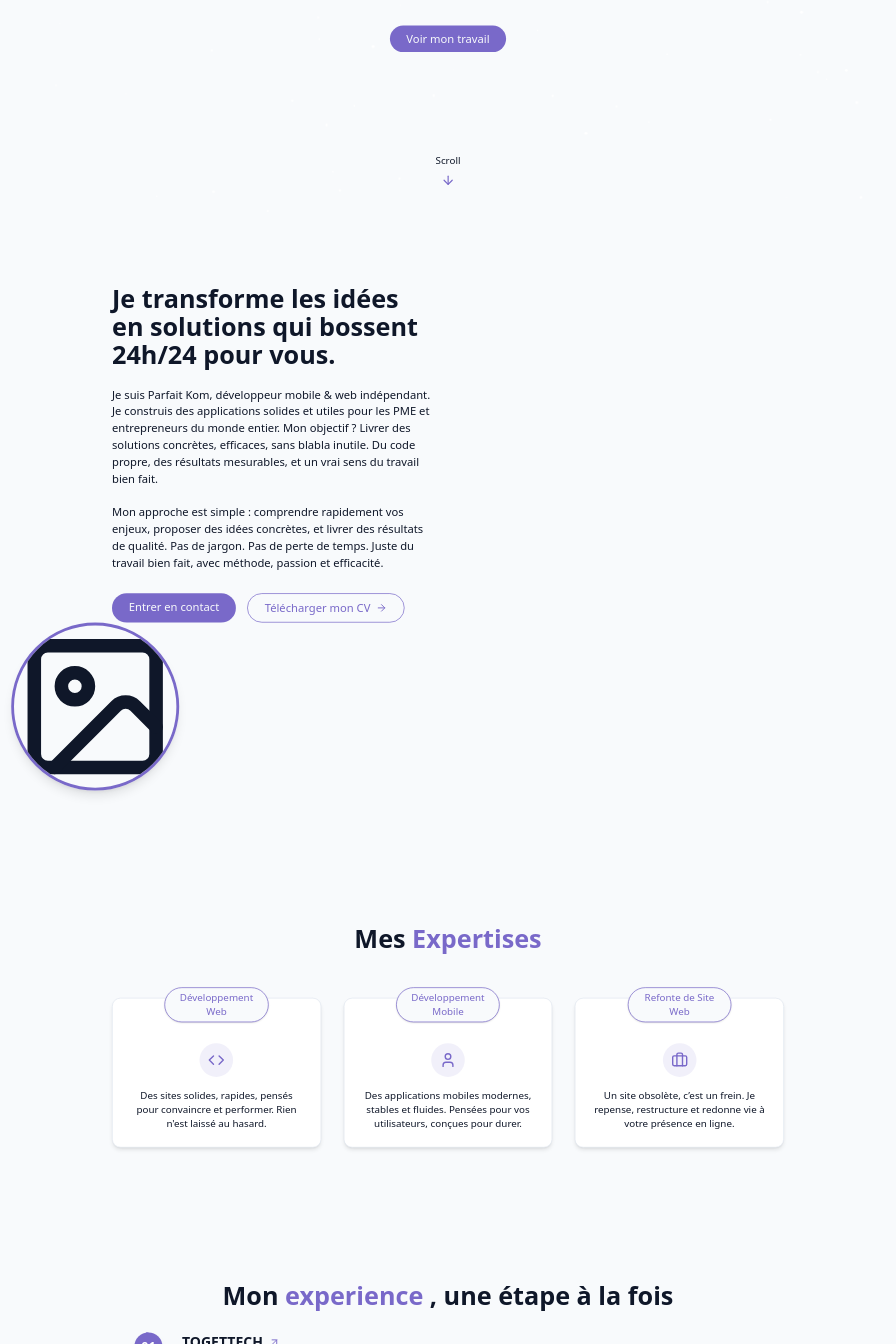
Repository: KOMI18/komi-folio
Page: /
These files come from the project's save history. The page is drawn as it stood at one moment and after the next save; the edit follows.
The browser window is 1280 px wide. The pictures show the part of the page from y = 409 to 2329 px (the page is 6235 px tall before and 5995 px after), at 70% of full size.
The project was rebuilt for these pictures with package versions that can differ from the ones it lists, and the page was loaded fresh each time. Also part of the build but not shown: vite.config.js, src/pages/NotFound.jsx.

Above is the page before, as saved 2025-06-27 20:03:20.

### index.html
<!doctype html>
<html lang="en">
  <head>
    <meta charset="UTF-8" />
    <link rel="icon" type="image/svg+xml" href="" />
    <meta name="viewport" content="width=device-width, initial-scale=1.0" />
    <title>Parfait Kom</title>
  </head>
  <body>
    <div id="root"></div>
    <script type="module" src="/src/main.jsx"></script>
  </body>
</html>

### src/pages/Home.jsx
import { Navbar } from "../components/Navbar";
import { ThemeToggle } from "../components/ThemeToggle";
import { StarBackground } from "@/components/StarBackground";
import { HeroSection } from "../components/HeroSection";
import { AboutSection } from "../components/AboutSection";
import { SkillsSection } from "../components/SkillsSection";
import { ProjectsSection } from "../components/ProjectsSection";
import { ContactSection } from "../components/ContactSection";
import { Footer } from "../components/Footer";
import {ExperienceSection} from "../components/ExperianceSection"
import { ExpertiseSection } from "../components/ExpertiseSection";
export const Home = () => {
  return (
    <div className="min-h-screen bg-background text-foreground overflow-x-hidden">
      {/* Theme Toggle */}
      <ThemeToggle />
      {/* Background Effects */}
      <StarBackground />

      {/* Navbar */}
      <Navbar />
      {/* Main Content */}
      <main>
        <HeroSection />
        <AboutSection />
        <ExpertiseSection/>
        <ExperienceSection/>
        <SkillsSection />
        <ProjectsSection />
        <ContactSection />
      </main>

      {/* Footer */}
      <Footer />
    </div>
  );
};

### src/components/ui/toaster.jsx
import { useToast } from "@/hooks/use-toast";
import {
  Toast,
  ToastClose,
  ToastDescription,
  ToastProvider,
  ToastTitle,
  ToastViewport,
} from "@/components/ui/toast";

export function Toaster() {
  const { toasts } = useToast();

  return (
    <ToastProvider>
      {toasts.map(function ({ id, title, description, action, ...props }) {
        return (
          <Toast key={id} {...props}>
            <div className="grid gap-1">
              {title && <ToastTitle>{title}</ToastTitle>}
              {description && (
                <ToastDescription>{description}</ToastDescription>
              )}
            </div>
            {action}
            <ToastClose />
          </Toast>
        );
      })}
      <ToastViewport />
    </ToastProvider>
  );
}

### src/components/Navbar.jsx
import { cn } from "@/lib/utils";
import { Menu, X } from "lucide-react";
import { useEffect, useState } from "react";

const navItems = [
  { name: "Home", href: "#hero" },
  { name: "A Propos", href: "#about" },
  { name: "Experience", href: "#experience" },
  { name: "Competences", href: "#skills" },
  { name: "Projets", href: "#projects" },
  { name: "Contact", href: "#contact" },


];

export const Navbar = () => {
  const [isScrolled, setIsScrolled] = useState(false);
  const [isMenuOpen, setIsMenuOpen] = useState(false);

  useEffect(() => {
    const handleScroll = () => {
      setIsScrolled(window.screenY > 10);
    };

    window.addEventListener("scroll", handleScroll);
    return () => window.removeEventListener("scroll", handleScroll);
  }, []);
  return (
    <nav
      className={cn(
        "fixed w-full z-40 transition-all duration-300",
        isScrolled ? "py-3 bg-background/80 backdrop-blur-md shadow-xs" : "py-5"
      )}
    >
      <div className="container flex items-center justify-between">
        <a
          className="text-xl font-bold text-primary flex items-center"
          href="#hero"
        >
          <span className="relative z-10">
            <span className="text-glow text-foreground"> Parfait  </span>{" "}
            Kom
          </span>
        </a>

        {/* desktop nav */}
        <div className="hidden md:flex space-x-8">
          {navItems.map((item, key) => (
            <a
              key={key}
              href={item.href}
              className="text-foreground/80 hover:text-primary transition-colors duration-300"
            >
              {item.name}
            </a>
          ))}
        </div>

        {/* mobile nav */}

        <button
          onClick={() => setIsMenuOpen((prev) => !prev)}
          className="md:hidden p-2 text-foreground z-50"
          aria-label={isMenuOpen ? "Close Menu" : "Open Menu"}
        >
          {isMenuOpen ? <X size={24} /> : <Menu size={24} />}{" "}
        </button>

        <div
          className={cn(
            "fixed inset-0 bg-background/95 backdroup-blur-md z-40 flex flex-col items-center justify-center",
            "transition-all duration-300 md:hidden",
            isMenuOpen
              ? "opacity-100 pointer-events-auto"
              : "opacity-0 pointer-events-none"
          )}
        >
          <div className="flex flex-col space-y-8 text-xl">
            {navItems.map((item, key) => (
              <a
                key={key}
                href={item.href}
                className="text-foreground/80 hover:text-primary transition-colors duration-300"
                onClick={() => setIsMenuOpen(false)}
              >
                {item.name}
              </a>
            ))}
          </div>
        </div>
      </div>
    </nav>
  );
};

### src/components/ThemeToggle.jsx
import { Moon, Sun } from "lucide-react";
import { useEffect, useState } from "react";
import { cn } from "@/lib/utils";

export const ThemeToggle = () => {
  const [isDarkMode, setIsDarkMode] = useState(false);

  useEffect(() => {
    const storedTheme = localStorage.getItem("theme");
    if (storedTheme === "dark") {
      setIsDarkMode(true);
      document.documentElement.classList.add("dark");
    } else {
      localStorage.setItem("theme", "light");
      setIsDarkMode(false);
    }
  }, []);

  const toggleTheme = () => {
    if (isDarkMode) {
      document.documentElement.classList.remove("dark");
      localStorage.setItem("theme", "light");
      setIsDarkMode(false);
    } else {
      document.documentElement.classList.add("dark");
      localStorage.setItem("theme", "dark");
      setIsDarkMode(true);
    }
  };

  return (
    <button
      onClick={toggleTheme}
      className={cn(
        "fixed max-sm:hidden top-5 right-5 z-50 p-2 rounded-full transition-colors duration-300",
        "focus:outlin-hidden"
      )}
    >
      {isDarkMode ? (
        <Sun className="h-6 w-6 text-yellow-300" />
      ) : (
        <Moon className="h-6 w-6 text-blue-900" />
      )}
    </button>
  );
};

### src/components/StarBackground.jsx
import { useEffect, useState } from "react";

// id, size, x, y, opacity, animationDuration
// id, size, x, y, delay, animationDuration

export const StarBackground = () => {
  const [stars, setStars] = useState([]);
  const [meteors, setMeteors] = useState([]);

  useEffect(() => {
    generateStars();
    generateMeteors();

    const handleResize = () => {
      generateStars();
    };

    window.addEventListener("resize", handleResize);

    return () => window.removeEventListener("resize", handleResize);
  }, []);

  const generateStars = () => {
    const numberOfStars = Math.floor(
      (window.innerWidth * window.innerHeight) / 10000
    );

    const newStars = [];

    for (let i = 0; i < numberOfStars; i++) {
      newStars.push({
        id: i,
        size: Math.random() * 3 + 1,
        x: Math.random() * 100,
        y: Math.random() * 100,
        opacity: Math.random() * 0.5 + 0.5,
        animationDuration: Math.random() * 4 + 2,
      });
    }

    setStars(newStars);
  };

  const generateMeteors = () => {
    const numberOfMeteors = 4;
    const newMeteors = [];

    for (let i = 0; i < numberOfMeteors; i++) {
      newMeteors.push({
        id: i,
        size: Math.random() * 2 + 1,
        x: Math.random() * 100,
        y: Math.random() * 20,
        delay: Math.random() * 15,
        animationDuration: Math.random() * 3 + 3,
      });
    }

    setMeteors(newMeteors);
  };

  return (
    <div className="fixed inset-0 overflow-hidden pointer-events-none z-0">
      {stars.map((star) => (
        <div
          key={star.id}
          className="star animate-pulse-subtle"
          style={{
            width: star.size + "px",
            height: star.size + "px",
            left: star.x + "%",
            top: star.y + "%",
            opacity: star.opacity,
            animationDuration: star.animationDuration + "s",
          }}
        />
      ))}

      {meteors.map((meteor) => (
        <div
          key={meteor.id}
          className="meteor animate-meteor"
          style={{
            width: meteor.size * 50 + "px",
            height: meteor.size * 2 + "px",
            left: meteor.x + "%",
            top: meteor.y + "%",
            animationDelay: meteor.delay,
            animationDuration: meteor.animationDuration + "s",
          }}
        />
      ))}
    </div>
  );
};

### src/components/HeroSection.jsx
import { ArrowDown } from "lucide-react";

export const HeroSection = () => {
  return (
    <section
      id="hero"
      className="relative min-h-screen flex flex-col items-center justify-center px-4"
    >
      <div className="container max-w-4xl mx-auto text-center z-10">
        <div className="space-y-6">
          <h1 className="text-4xl md:text-6xl font-bold tracking-tight">
            <span className="opacity-0 animate-fade-in">Salut, je suis</span>
            <span className="text-primary opacity-0 animate-fade-in-delay-1">
              {" "}
              Parfait
            </span>
            <span className="text-gradient ml-2 opacity-0 animate-fade-in-delay-2">
              {" "}
              Kom
            </span>
          </h1>

          <p className="text-lg md:text-xl text-muted-foreground max-2-2xl mx-auto opacity-0 animate-fade-in-delay-3">
          Je transforme vos idées en applications  puissantes, prêtes à faire décoller votre business.
          PME, startups ou entrepreneurs : si vous cherchez quelqu’un qui livre vite et bien, vous êtes au bon endroit
          </p>

          <div className="pt-4 opacity-0 animate-fade-in-delay-4">
            <a href="#projects" className="cosmic-button">
             Voir mon travail
            </a>
          </div>
        </div>
      </div>

      <div className="absolute bottom-8 left-1/2 transform -translate-x-1/2 flex flex-col items-center animate-bounce">
        <span className="text-sm text-muted-foreground mb-2"> Scroll </span>
        <ArrowDown className="h-5 w-5 text-primary" />
      </div>
    </section>
  );
};

### src/components/AboutSection.jsx

import { ArrowRight , Image} from "lucide-react";

export const AboutSection = () => {
  return (
    <section id="about" className="py-24 px-4 bg-background">
      <div className="container mx-auto max-w-5xl grid grid-cols-1 md:grid-cols-2 gap-12 items-center">
        {/* Content */}
        <div className="space-y-6">
          <h2 className="text-3xl md:text-4xl font-bold text-center md:text-left">
            Je transforme les idées en solutions qui bossent 24h/24 pour vous.
          </h2>

          <p className="text-muted-foreground text-center md:text-left">
            Je suis Parfait Kom, développeur mobile & web indépendant. Je construis des applications solides et utiles pour les PME et entrepreneurs du monde entier. Mon objectif ? Livrer des solutions concrètes, efficaces, sans blabla inutile. Du code propre, des résultats mesurables, et un vrai sens du travail bien fait.
          </p>

          <p className="text-muted-foreground text-center md:text-left">
            Mon approche est simple : comprendre rapidement vos enjeux, proposer des idées concrètes, et livrer des résultats de qualité. Pas de jargon. Pas de perte de temps. Juste du travail bien fait, avec méthode, passion et efficacité.
          </p>

          <div className="flex flex-col sm:flex-row gap-4 pt-2">
            <a href="#contact" className="cosmic-button">
              Entrer en contact
            </a>

            <a
              href="/docs/Parfait_Kom_CV.pdf"
              download
              className="px-6 py-2 rounded-full border border-primary text-primary hover:bg-primary/10 transition-colors duration-300 flex items-center gap-2"
            >
              Télécharger mon CV <ArrowRight className="w-4 h-4" />
            </a>
          </div>
        </div>
      </div>
       {/* Image */}
        <div className="flex justify-center md:justify-start">
          <div className="w-48 h-48 md:w-60 md:h-60 rounded-full overflow-hidden border-4 border-primary shadow-lg">
            <Image
              src="/images/parfait-kom.jpg"
              alt="Parfait Kom"
              width={240}
              height={240}
              className="w-full h-full object-cover"
            />
          </div>
        </div>
    </section>
  );
};

export default AboutSection;

### src/components/SkillsSection.jsx
import { useState } from "react";
import { cn } from "@/lib/utils";

const skills = [
  // Frontend
  { name: "HTML/CSS", level: 75, category: "frontend" },
  { name: "Flutter / Dart", level: 70, category: "frontend" },
  { name: "JavaScript", level: 60, category: "frontend" },
  { name: "React", level: 80, category: "frontend" },
  { name: "Tailwind CSS", level: 90, category: "frontend" },


  // Backend
  { name: "Node.js", level: 80, category: "backend" },
  { name: "Express", level: 75, category: "backend" },
  { name: "MongoDB", level: 70, category: "backend" },
  { name: "SQL", level: 70, category: "backend" },

  // Tools
  { name: "Git/GitHub", level: 80, category: "tools" },
  { name: "Docker", level: 50, category: "tools" },
  { name: "Figma", level: 65, category: "tools" },
  { name: "VS Code", level: 95, category: "tools" },
  { name: "Canva", level: 65, category: "tools" },
  { name: "Postman", level: 80, category: "tools" },
  { name: "Notion", level: 80, category: "tools" },
];

const categories = ["Tout", "frontend", "backend", "tools"];

export const SkillsSection = () => {
  const [activeCategory, setActiveCategory] = useState("Tout");

  const filteredSkills = skills.filter(
    (skill) => activeCategory === "Tout" || skill.category === activeCategory
  );
  return (
    <section id="skills" className="py-24 px-4 relative bg-secondary/30">
      <div className="container mx-auto max-w-5xl">
        <h2 className="text-3xl md:text-4xl font-bold mb-12 text-center">
        Mes  <span className="text-primary"> compétences</span>
        </h2>

        <div className="flex flex-wrap justify-center gap-4 mb-12">
          {categories.map((category, key) => (
            <button
              key={key}
              onClick={() => setActiveCategory(category)}
              className={cn(
                "px-5 py-2 rounded-full transition-colors duration-300 capitalize",
                activeCategory === category
                  ? "bg-primary text-primary-foreground"
                  : "bg-secondary/70 text-forefround hover:bd-secondary"
              )}
            >
              {category}
            </button>
          ))}
        </div>

        <div className="grid grid-cols-1 sm:grid-cols-2 lg:grid-cols-3 gap-6">
          {filteredSkills.map((skill, key) => (
            <div
              key={key}
              className="bg-card p-6 rounded-lg shadow-xs card-hover"
            >
              <div className="text-left mb-4">
                <h3 className="font-semibold text-lg"> {skill.name}</h3>
              </div>
              <div className="w-full bg-secondary/50 h-2 rounded-full overflow-hidden">
                <div
                  className="bg-primary h-2 rounded-full origin-left animate-[grow_1.5s_ease-out]"
                  style={{ width: skill.level + "%" }}
                />
              </div>

              <div className="text-right mt-1">
                <span className="text-sm text-muted-foreground">
                  {skill.level}%
                </span>
              </div>
            </div>
          ))}
        </div>
      </div>
    </section>
  );
};

### src/components/Footer.jsx
import { ArrowUp } from "lucide-react";

export const Footer = () => {
  return (
    <footer className="py-12 px-4 bg-card relative border-t border-border mt-12 pt-8 flex flex-wrap justify-between items-center">
      {" "}
      <p className="text-sm text-muted-foreground">
        {" "}
        &copy; {new Date().getFullYear()} Parfait Kom . All rights reserved.
      </p>
      <a
        href="#hero"
        className="p-2 rounded-full bg-primary/10 hover:bg-primary/20 text-primary transition-colors"
      >
        <ArrowUp size={20} />
      </a>
    </footer>
  );
};

### src/components/ExpertiseSection.jsx
import { Code, User, Briefcase } from "lucide-react";

export const ExpertiseSection = () => {
  const services = [
    {
      icon: <Code className="h-6 w-6 text-primary" />,
      title: "Développement Web",
      description:
        "Des sites solides, rapides, pensés pour convaincre et performer. Rien n'est laissé au hasard."
    },
    {
      icon: <User className="h-6 w-6 text-primary" />,
      title: "Développement Mobile",
      description:
        "Des applications mobiles modernes, stables et fluides. Pensées pour vos utilisateurs, conçues pour durer."
    },
    {
      icon: <Briefcase className="h-6 w-6 text-primary" />,
      title: "Refonte de Site Web",
      description:
        "Un site obsolète, c’est un frein. Je repense, restructure et redonne vie à votre présence en ligne."
    }
  ];

  return (
    <section id="expertise" className="py-24 px-4 bg-background">
      <div className="container max-w-5xl mx-auto text-center">
        <h2 className="text-3xl md:text-4xl font-bold mb-16">
          Mes <span className="text-primary">Expertises</span>
        </h2>

        <div className="grid grid-cols-1 md:grid-cols-3 gap-8">
          {services.map((service, index) => (
            <div
              key={index}
              className="relative bg-card border border-border rounded-xl p-6 shadow-md hover:shadow-lg transition-shadow duration-300"
            >
              <div className="absolute -top-4 left-1/2 -translate-x-1/2 bg-background px-3 py-1 rounded-full border border-primary text-primary text-sm font-medium shadow">
                {service.title}
              </div>
              <div className="flex flex-col items-center pt-10 space-y-4">
                <div className="p-3 rounded-full bg-primary/10">{service.icon}</div>
                <p className="text-muted-foreground text-sm text-center">
                  {service.description}
                </p>
              </div>
            </div>
          ))}
        </div>
      </div>
    </section>
  );
};

Loaded but not shown: src/main.jsx (common file); src/App.jsx (common file); src/index.css (common file); src/lib/utils.js (common file); src/hooks/use-toast.js (144 lines, source omitted); src/components/ContactSection.jsx (186 lines, source omitted); src/components/ProjectsSection.jsx (131 lines, source omitted); src/components/ui/toast.jsx (102 lines, source omitted); src/components/ExperianceSection.jsx (84 lines, source omitted)

After the next save:
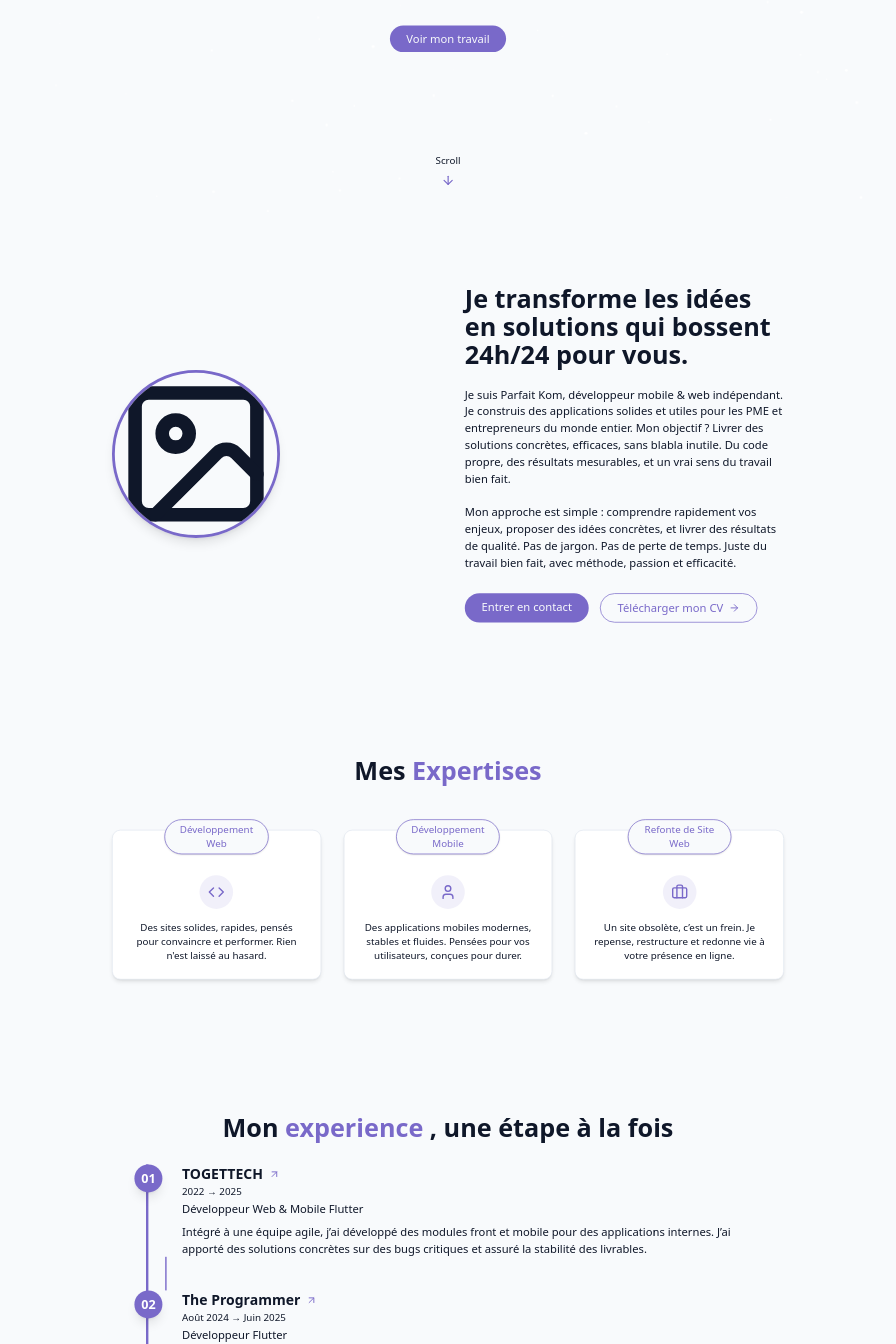
Saved 25 s later.
--- a/src/components/AboutSection.jsx
+++ b/src/components/AboutSection.jsx
@@ -5,6 +5,19 @@ export const AboutSection = () => {
   return (
     <section id="about" className="py-24 px-4 bg-background">
       <div className="container mx-auto max-w-5xl grid grid-cols-1 md:grid-cols-2 gap-12 items-center">
+        {/* Image */}
+        <div className="flex justify-center md:justify-start">
+          <div className="w-48 h-48 md:w-60 md:h-60 rounded-full overflow-hidden border-4 border-primary shadow-lg">
+            <Image
+              src="/images/parfait-kom.jpg"
+              alt="Parfait Kom"
+              width={240}
+              height={240}
+              className="w-full h-full object-cover"
+            />
+          </div>
+        </div>
+
         {/* Content */}
         <div className="space-y-6">
           <h2 className="text-3xl md:text-4xl font-bold text-center md:text-left">
@@ -34,18 +47,6 @@ export const AboutSection = () => {
           </div>
         </div>
       </div>
-       {/* Image */}
-        <div className="flex justify-center md:justify-start">
-          <div className="w-48 h-48 md:w-60 md:h-60 rounded-full overflow-hidden border-4 border-primary shadow-lg">
-            <Image
-              src="/images/parfait-kom.jpg"
-              alt="Parfait Kom"
-              width={240}
-              height={240}
-              className="w-full h-full object-cover"
-            />
-          </div>
-        </div>
     </section>
   );
 };
